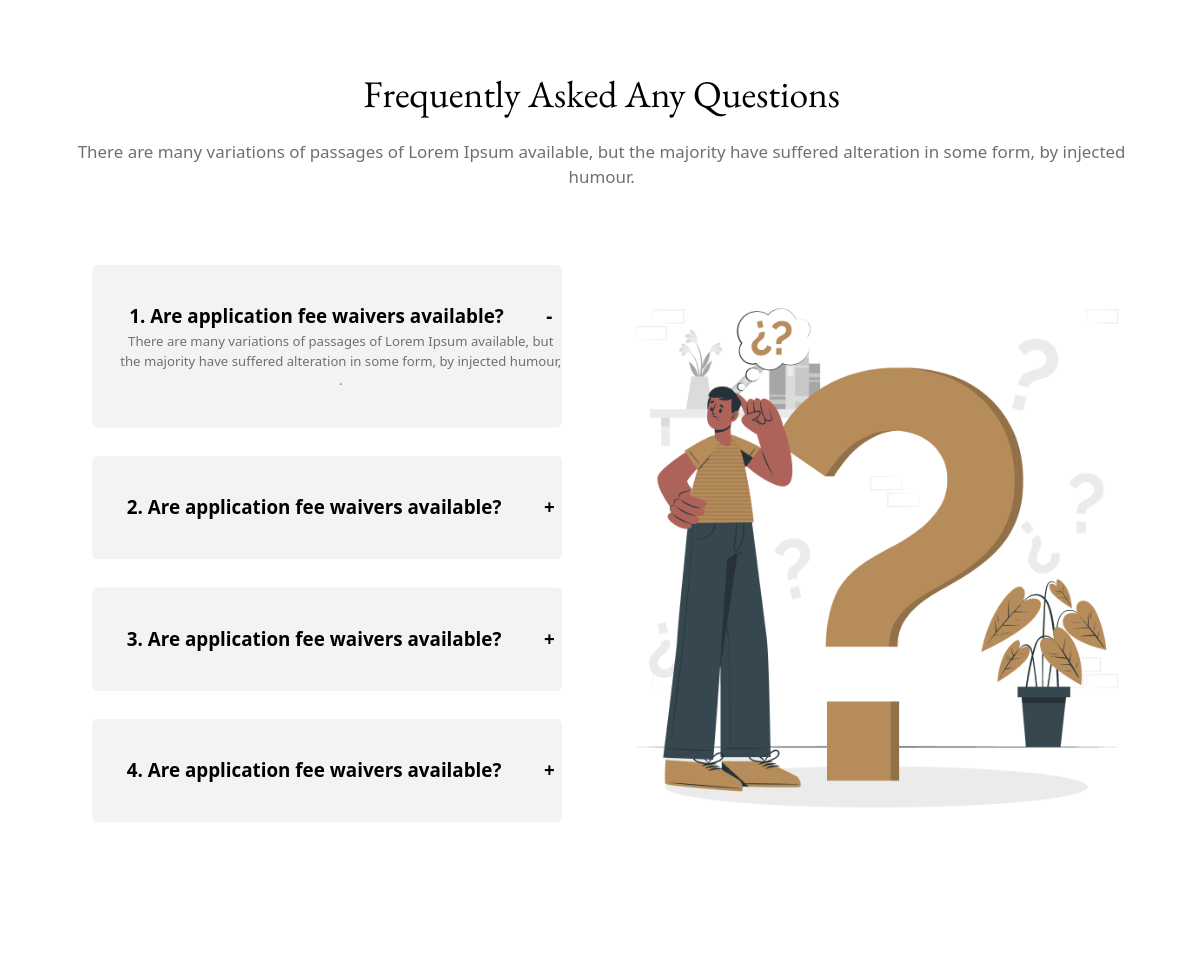
Repository: nahid-hasann/website-6
Page: index.html
An editor plug-in stored every save of this project. The page is shown before and after a run of saves, followed by the edit.
The browser window is 1280 px wide. The pictures show the whole page, at 94% of full size.

Above is the page before, as saved 2025-07-21 17:18:04.

After the next 2 saves:
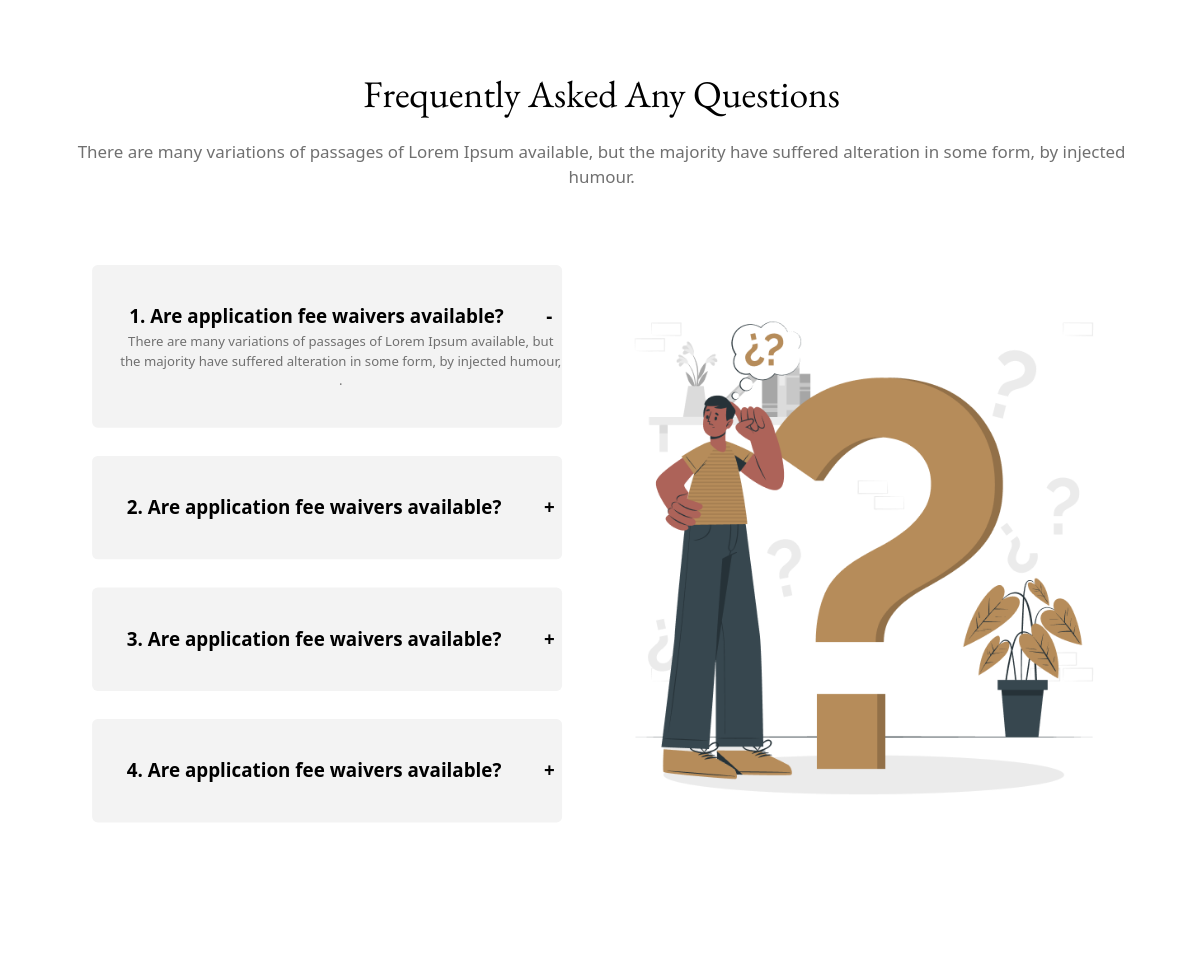
The 2 saves are shown as one change because they came seconds apart.
The last was saved 19 s later.
--- a/index.html
+++ b/index.html
@@ -119,7 +119,7 @@
                  </div>
              </div>
              <div class="lg:w-[45%]">
-                <img src="images/faq.png" alt="" class="max-w-full">
+                <img src="images/faq.png" alt="" class="max-w-full sm:w-[500px]">
              </div>
          </div>
     </section>
